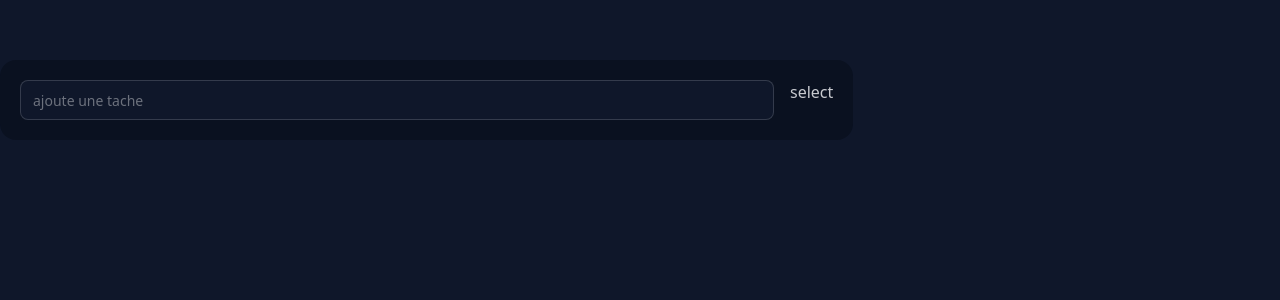
Repository: gradi243/react_ex_tuto
Page: /
The author's editor kept a copy of each file at every save. The page is drawn from the files as they stood at one save, then again after the next save.
The browser window is 1280 px wide. The pictures show the whole page.
The project was rebuilt for these pictures with package versions that can differ from the ones it lists, and the page was loaded fresh each time. Also part of the build but not shown: vite.config.ts.

Above is the page before, as saved 2025-09-13 23:55:59.

### index.html
<!doctype html>
<html lang="en" data-theme="night">
  <head>
    <meta charset="UTF-8" />
    <link rel="icon" type="image/svg+xml" href="/vite.svg" />
    <meta name="viewport" content="width=device-width, initial-scale=1.0" />
    <title>Vite + React + TS</title>
  </head>
  <body>
    <div id="root"></div>
    <script type="module" src="/src/main.tsx"></script>
  </body>
</html>

### src/index.css
@import "tailwindcss";
@plugin "daisyui";

 @plugin "daisyui" {
   themes:night;
 }
/* You can add global styles to this file, and also import other style files */

### src/App.tsx
type priority="urigente"|"myenne"|"basse"

type Todo={
  id: number;
  text:string;
  priority:priority
}


function App(){
  return(
    <div className="flex justify-cente">
      <div className="w-2/3 flex-col gap-4 my-15 bg-base-300 p-5 rounded-2xl">
        <div className="flex gap-4">
          <input
          type="text"
          className="input w-full"
          placeholder="ajoute une tache"
          />

          select
        </div>
      </div>
    </div>
  )
}

export default App

Loaded but not shown: src/main.tsx (common file)

After the next save:
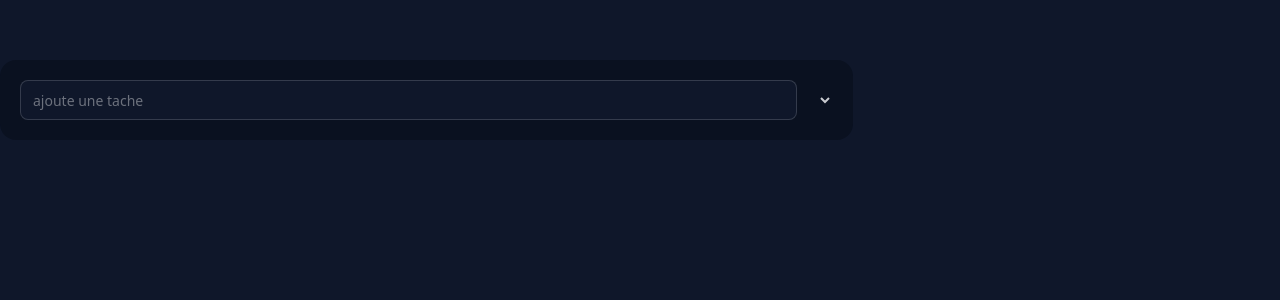
Saved 5 s later.
--- a/src/App.tsx
+++ b/src/App.tsx
@@ -18,7 +18,7 @@ function App(){
           placeholder="ajoute une tache"
           />
 
-          select
+          <select name="" id=""></select>
         </div>
       </div>
     </div>
